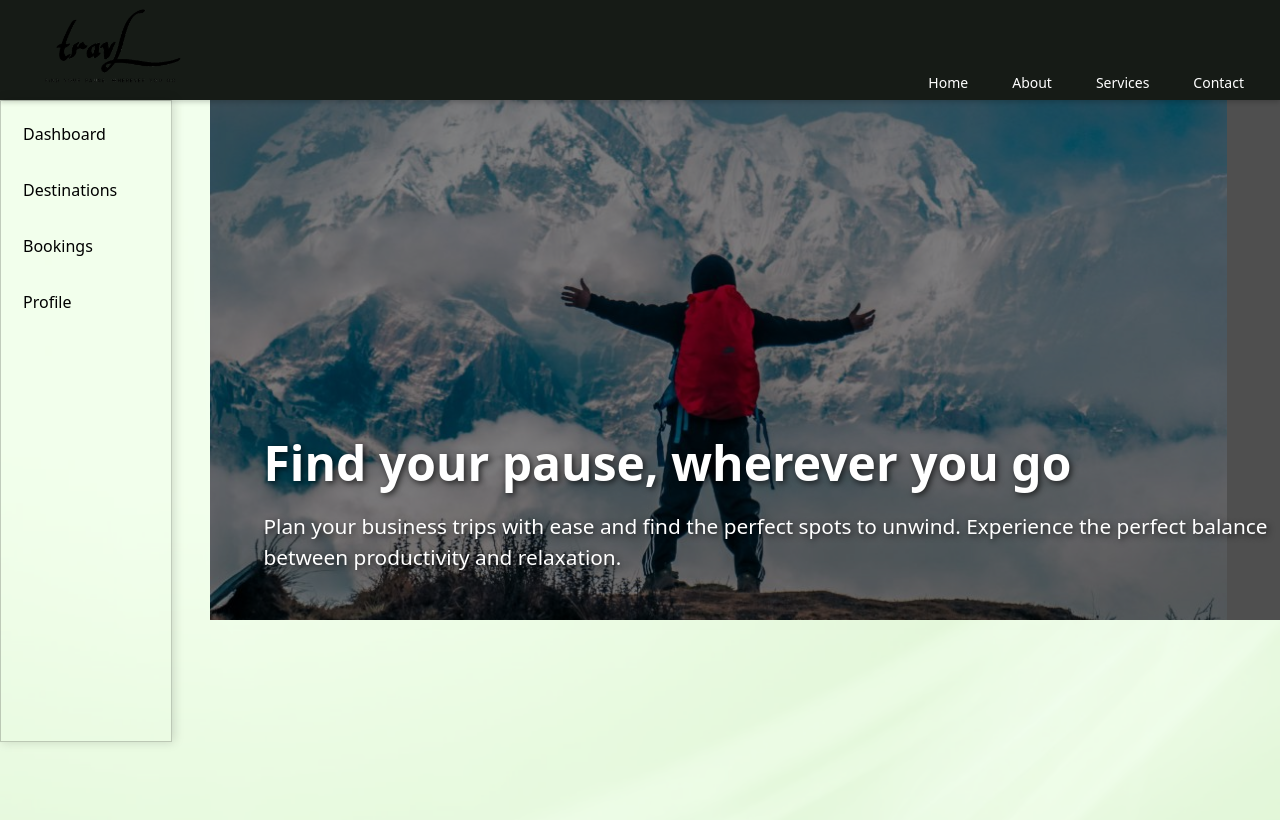
Repository: Nakib-Arman/Javafest25---travL
Page: / (app in Frontend/)
An editor plug-in stored every save of this project. The page is shown before and after the next save, followed by the edit.
The browser window is 1280 px wide. The pictures show the whole page.
Pictures or frames that could not be fetched are drawn as grey boxes. The project was rebuilt for these pictures with package versions that can differ from the ones it lists, and the page was loaded fresh each time. Also part of the build but not shown: Frontend/vite.config.js.

Above is the page before, as saved 2025-08-13 09:03:48.

After the next save:
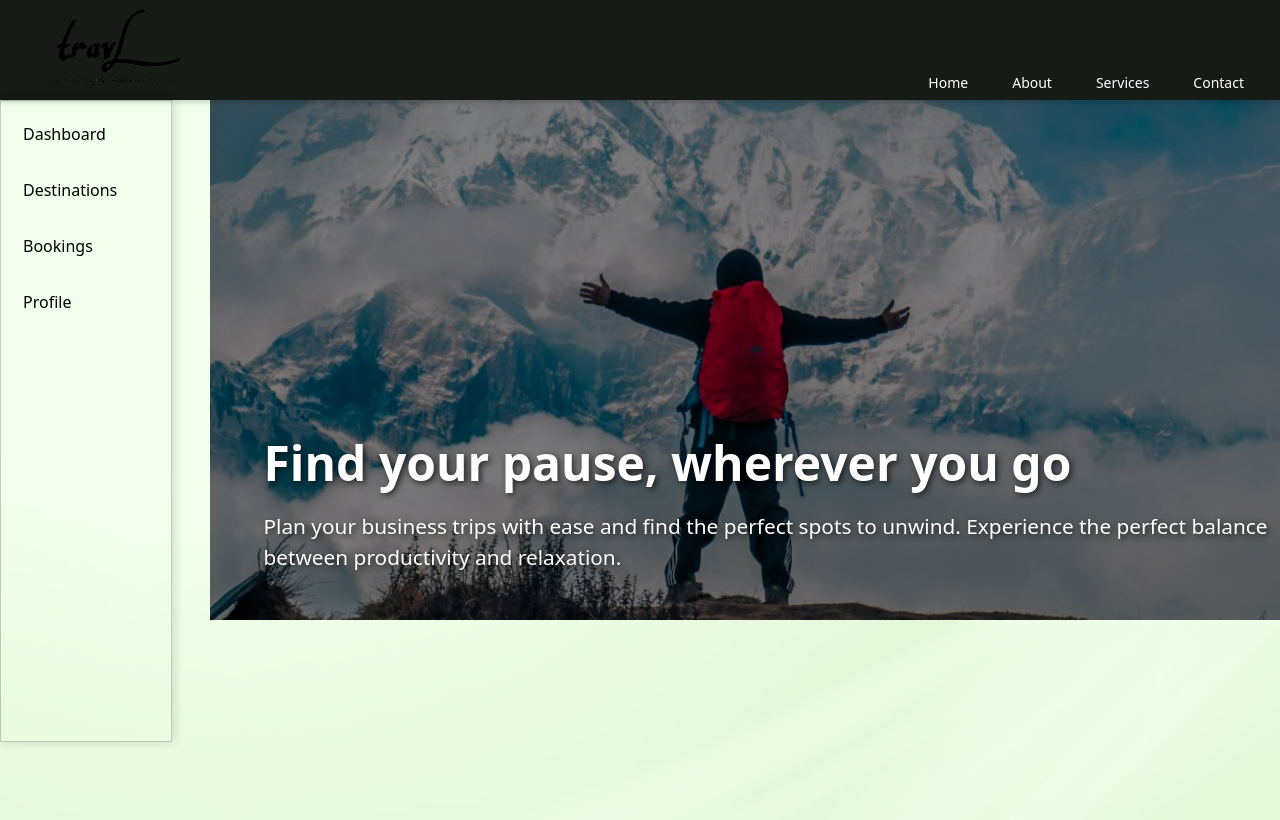
Saved 21 s later.
--- a/Frontend/src/CSS/Home.css
+++ b/Frontend/src/CSS/Home.css
@@ -52,7 +52,7 @@
 }
 
 .slide-image {
-    min-width: 95%;
+    min-width: 100%;
     height: 100%;
     object-fit: cover;
     opacity: 0.5;
